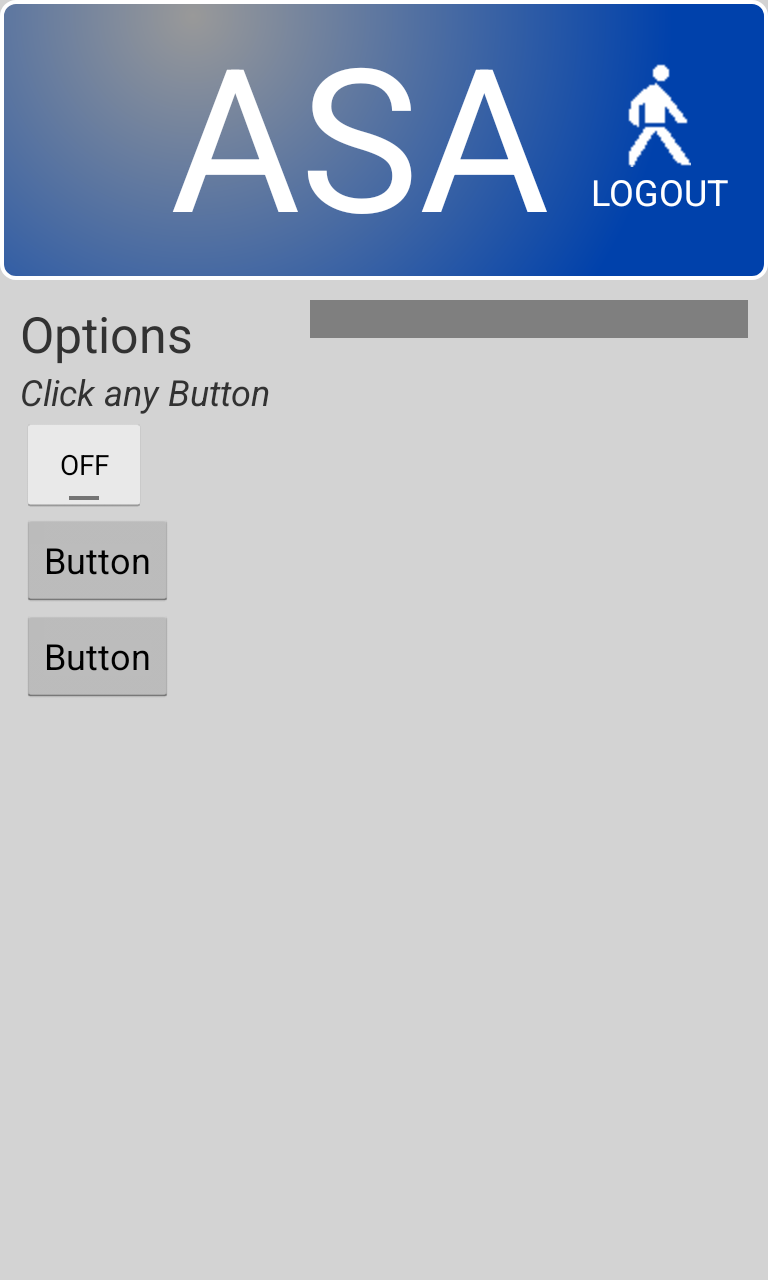
Repository: vinnare89/ASA
Layout: ASA/res/layout/asa_layout.xml
The author's editor kept a copy of each file at every save. The layout is drawn from the files as they stood at one save, then again after a run of saves.
Pictures or frames that could not be fetched are drawn as grey boxes. It is drawn on a 768 x 1280 px phone screen (xhdpi) without system bars, with theme AppTheme; the app's code is not run.

Above is the layout before, as saved 2013-12-15 17:01:38.

### ASA/res/layout/asa_layout.xml
<?xml version="1.0" encoding="utf-8"?>
<LinearLayout xmlns:android="http://schemas.android.com/apk/res/android"
    android:layout_width="match_parent"
    android:layout_height="match_parent"
    android:background="#d3d3d3"
    android:orientation="vertical" >

    <RelativeLayout
        android:layout_width="match_parent"
        android:layout_height="wrap_content"
        android:background="@drawable/asa_header_background" >

        <TextView
            android:id="@+id/asa_header"
            android:layout_width="match_parent"
            android:layout_height="wrap_content"
            android:gravity="center_vertical|center_horizontal"
            android:text="@string/app_name_italic"
            android:textColor="#FFF"
            android:textSize="100sp" />

        <Button
            android:id="@+id/asa_logout_button"
            android:layout_width="wrap_content"
            android:layout_height="wrap_content"
            android:layout_alignParentRight="true"
            android:layout_centerVertical="true"
            android:layout_margin="20dp"
            android:background="@android:color/transparent"
            android:drawableTop="@drawable/mensch_small"
            android:text="@string/main_menu_logout"
            android:textColor="#FFF" />

        <View
            android:layout_width="fill_parent"
            android:layout_height="140dp"
            android:layout_alignParentLeft="true"
            android:layout_alignParentTop="true"
            android:layout_below="@id/asa_logout_button"
            android:background="@android:color/transparent" />
    </RelativeLayout>

    <LinearLayout
        android:layout_width="fill_parent"
        android:layout_height="fill_parent"
        android:gravity="center_horizontal" >

        <LinearLayout
            android:layout_width="wrap_content"
            android:layout_height="fill_parent"
            android:layout_alignParentLeft="true"
            android:layout_margin="@dimen/asa_margin_top"
            android:orientation="vertical" >

            <TextView
                android:id="@+id/textView3"
                android:layout_width="wrap_content"
                android:layout_height="wrap_content"
                android:text="@string/asa_control_header"
                android:textSize="25sp" />

            <TextView
                android:id="@+id/textView4"
                android:layout_width="wrap_content"
                android:layout_height="wrap_content"
                android:text="@string/asa_control_subheader"
                android:textSize="18sp"
                android:textStyle="italic" />

            <ToggleButton
                android:id="@+id/toggleButton1"
                android:layout_width="wrap_content"
                android:layout_height="wrap_content"
                android:text="ToggleButton" />

            <Button
                android:id="@+id/button1"
                android:layout_width="wrap_content"
                android:layout_height="wrap_content"
                android:text="Button" />

            <Button
                android:id="@+id/button2"
                android:layout_width="wrap_content"
                android:layout_height="wrap_content"
                android:text="Button" />
        </LinearLayout>

        <LinearLayout
            android:layout_width="match_parent"
            android:layout_height="fill_parent"
            android:layout_alignParentRight="true"
            android:layout_margin="@dimen/asa_margin_top"
            android:orientation="vertical" >

            <LinearLayout
                android:id="@+id/control_room_layout_background"
                android:layout_width="fill_parent"
                android:layout_height="wrap_content"
                android:orientation="vertical" >

                <fragment
                    android:id="@+id/map"
                    android:name="com.google.android.gms.maps.MapFragment"
                    android:layout_width="match_parent"
                    android:layout_height="match_parent" />
            </LinearLayout>
        </LinearLayout>
    </LinearLayout>

</LinearLayout>

### ASA/res/values/styles.xml
<resources xmlns:android="http://schemas.android.com/apk/res/android">

    <!--
        Base application theme, dependent on API level. This theme is replaced
        by AppBaseTheme from res/values-vXX/styles.xml on newer devices.
    -->
    <style name="AppBaseTheme" parent="android:Theme.Light">
        <!--
            Theme customizations available in newer API levels can go in
            res/values-vXX/styles.xml, while customizations related to
            backward-compatibility can go here.
        -->
    </style>

    <!-- Application theme. -->
    <style name="AppTheme" parent="AppBaseTheme">
        <!-- All customizations that are NOT specific to a particular API-level can go here. -->
        <item name="android:windowNoTitle">true</item>
    	<item name="android:windowFullscreen">true</item>
    </style>

    <style name="MainMenuButton">
        <item name="android:layout_width">200px</item>
        <item name="android:layout_height">200px</item>
        <item name="android:textColor">#FFFFFF</item>
        <item name="android:textSize">25sp</item>
        <item name="android:background">@color/autobahn_blau</item>
        <item name="android:layout_margin">20dp</item>
    </style>

    <style name="AsaControlButton">
        <item name="android:layout_width">100px</item>
        <item name="android:layout_height">50px</item>
        <item name="android:textColor">#FFFFFF</item>
        <item name="android:textSize">15sp</item>
        <item name="android:background">@color/autobahn_blau</item>
        <item name="android:layout_margin">20dp</item>
    </style>

</resources>

### ASA/res/drawable/asa_header_background.xml
<?xml version="1.0" encoding="UTF-8"?>
<shape xmlns:android="http://schemas.android.com/apk/res/android"
     android:shape="rectangle">
     <stroke android:width="2dp" android:color="#FFFFFFFF" />
     <gradient android:layout_gravity="right" android:type="radial" android:gradientRadius="480"
        android:centerX="25%" android:centerY="5%"
        android:startColor="#999999" android:endColor="@color/autobahn_blau" />

    <corners android:bottomRightRadius="7dp" android:bottomLeftRadius="7dp"
     android:topLeftRadius="7dp" android:topRightRadius="7dp"/>
</shape>

### ASA/res/values/strings.xml
<?xml version="1.0" encoding="utf-8"?>
<resources>

    <string name="app_name">ASA</string>
    <string name="action_settings">Settings</string>
    <string name="hello_world">Hello world!</string>
    <string name="app_name_italic">ASA&#160;</string>

    <!-- Login Menu -->
    <string name="login_subheader">- Die Autofahrer Service App -</string>
    <string name="login_username">Username</string>
    <string name="login_password">Password</string>
    <string name="login_submit">Submit</string>

    <!-- Main Menu -->
    <string name="main_menu_lkw">LKW</string>
    <string name="main_menu_pkw">PKW</string>
    <string name="main_menu_bus">Bus</string>
    <string name="main_menu_alarm">Wecker</string>
    <string name="main_menu_activities">Aktivitäten</string>
    <string name="main_menu_information">Informationen</string>
    <string name="main_menu_logout">LOGOUT</string>

    <!-- Asa Activity -->
    <string name="asa_control_header">Options</string>
    <string name="asa_control_subheader">Click any Button</string>

</resources>

### ASA/res/values/color.xml
<?xml version="1.0" encoding="utf-8"?>
<resources>
    <color name="autobahn_blau">#0041AB</color>
</resources>

Loaded but not shown: ASA/res/values-v11/styles.xml (common file); ASA/res/values-v14/styles.xml (common file); ASA/res/values/dimens.xml (common file)

After the next 2 saves:
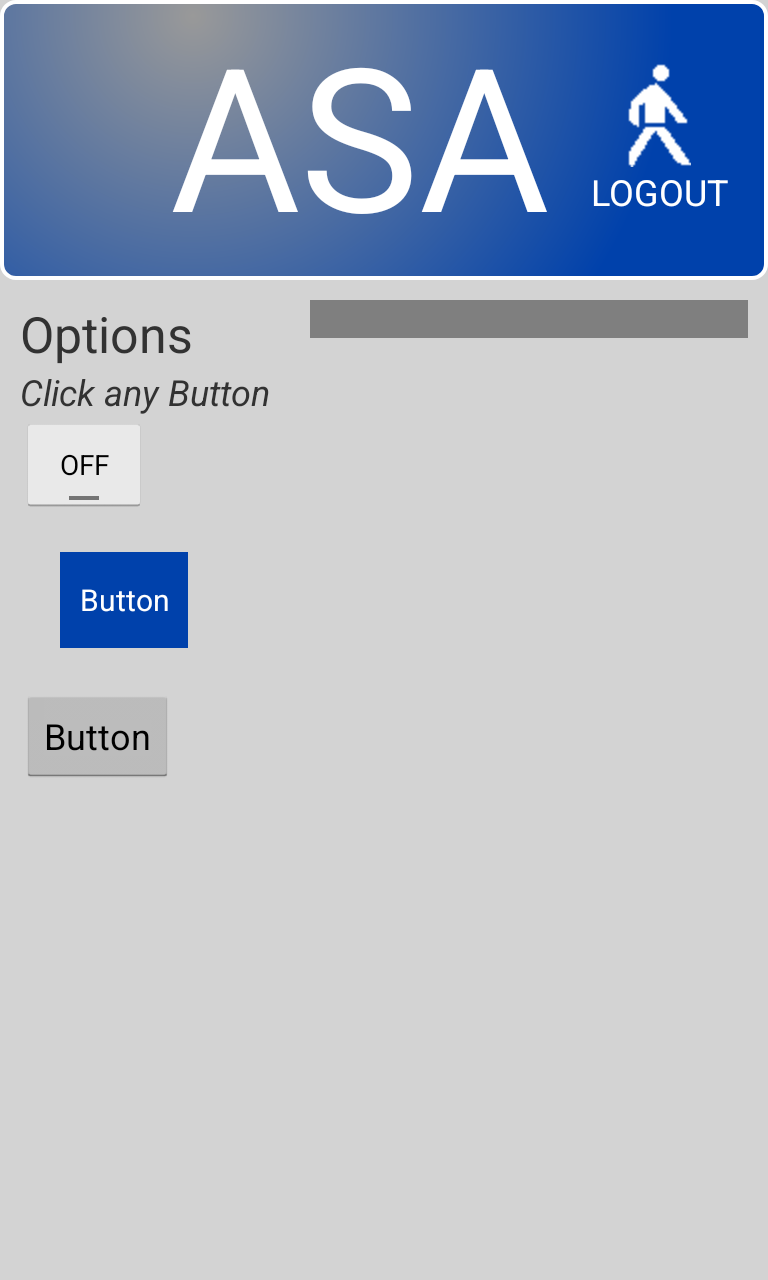
The 2 saves are shown as one change because 1 did not build or start.
The last was saved 2 min 13 s later.
--- a/ASA/res/layout/asa_layout.xml
+++ b/ASA/res/layout/asa_layout.xml
@@ -74,6 +74,7 @@
                 android:text="ToggleButton" />
 
             <Button
+                style="@style/AsaControlButton"
                 android:id="@+id/button1"
                 android:layout_width="wrap_content"
                 android:layout_height="wrap_content"
